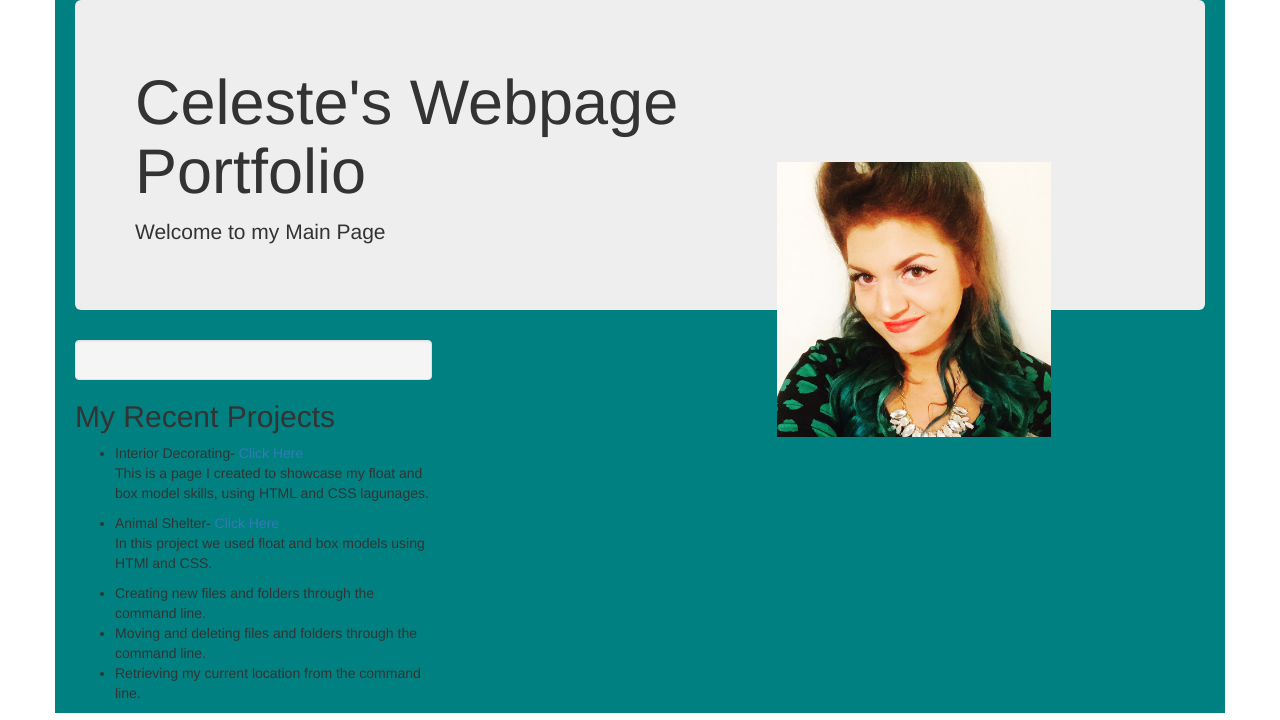
Repository: fieldceleste/portfolio-celeste
Page: portfolio-celeste.html
The author's editor kept a copy of each file at every save. The page is drawn from the files as they stood at one save, then again after the next save.
The browser window is 1280 px wide. The pictures show the whole page.

Above is the page before, as saved 2019-11-01 15:16:22.

After the next save:
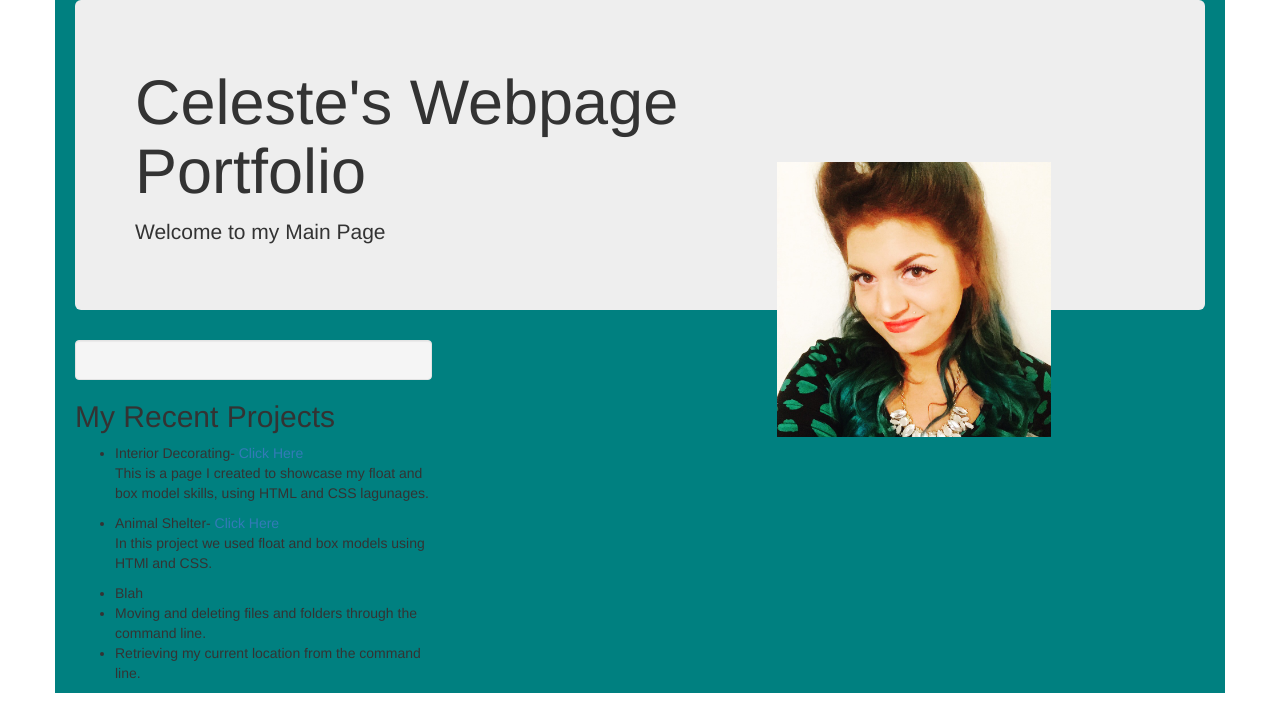
Saved 118 s later.
--- a/portfolio-celeste.html
+++ b/portfolio-celeste.html
@@ -20,7 +20,7 @@
               <ul>
                  <li>Interior Decorating- <a herf="https://github.com/fieldceleste/interior-decorator">Click Here</a><p>This is a page I created to showcase my float and box model skills, using HTML and CSS lagunages.</p></li>
                   <li>Animal Shelter- <a herf="https://github.com/fieldceleste/animal-shelter">Click Here</a><p>In this project we used float and box models using HTMl and CSS.</p></li>
-                  <li>Creating new files and folders through the command line.</li>
+                  <li>Blah </li>
                   <li>Moving and deleting files and folders through the command line.</li>
                   <li>Retrieving my current location from the command line.</li>
               </ul>
